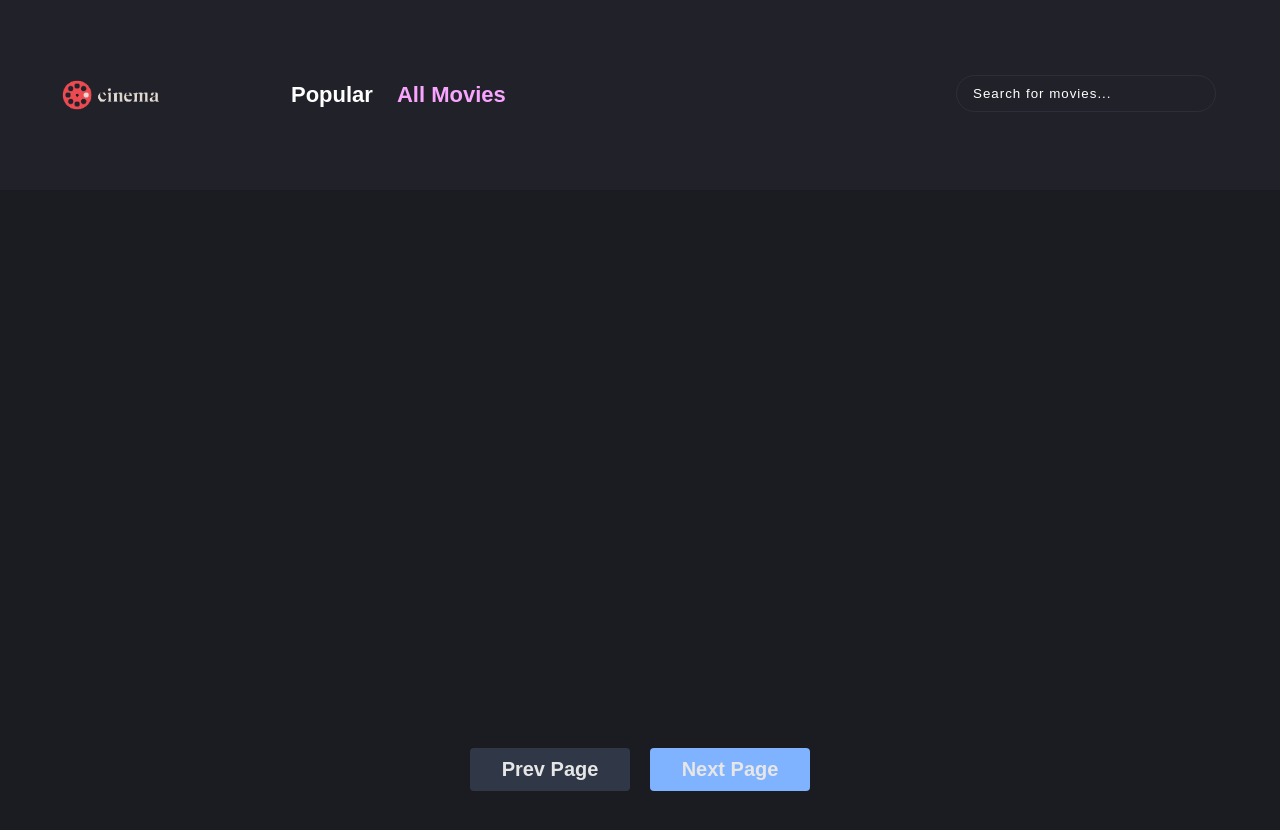
Repository: Datt21/movie-app
Page: /, after clicking the first element matching `div.hidden > :nth-child(2)`
An editor plug-in stored every save of this project. The page is shown before and after the next save, followed by the edit.
The browser window is 1280 px wide. The pictures show the whole page.
The page's requests for data from a server got no answer. The project was rebuilt for these pictures with package versions that can differ from the ones it lists, and the page was loaded fresh each time. No one was signed in, and anything a server would have sent is missing. Also part of the build but not shown: src/components/GlobalComponents/Loader.js.

Above is the page before, as saved 2021-09-09 00:24:04.

### src/App.js
import React from "react";
import { MovieState } from "./Context/MovieContext";
import Hero from "./components/Hero/Hero";
import "./App.css";

const App = () => {
  return (
    <MovieState>
      <Hero />
    </MovieState>
  );
};

export default App;

### src/Context/MovieContext.js
import React, { useState, createContext, useEffect } from "react";

export const MovieContext = createContext();

export const MovieState = ({ children }) => {

  const [hiddenMenu, setHiddenMenu] = useState(true);

  const [activeLink, setActiveLink] = useState("Popular");

  const [showPagination, setShowPagination] = useState(true);

  const [isLoading, setIsLoading] = useState(false);

  const [movies, setMovies] = useState([]);

  const [search, setSearch] = useState("");

  const [currentPage, setCurrentPage] = useState(1);

  const [popularMovies, setPopularMovies] = useState([]);

  const API_KEY = "9d4fbae6d45a1f406cc115a66a4de03d";

  const getMovies = async () => {
    const response = await fetch(
      `https://api.themoviedb.org/3/movie/popular?api_key=${API_KEY}&language=en-US&page=${currentPage}`
    );
    const data = await response.json();
    if (search.trim() === "") {
      setMovies(data);
    }
  };

  const handleSearch = async (e) => {
    e.preventDefault();
    if (search.trim() === "") {
      return;
    }
    const searchResponse = await fetch(
      `https://api.themoviedb.org/3/search/movie?api_key=${API_KEY}&language=en-US&query=${search}&page=${currentPage}`
    );
    const searchData = await searchResponse.json();
    setMovies(searchData);
    setShowPagination(false);
  };

  const newPage = (direction) => {
    if (direction === "next") {
      setCurrentPage(currentPage + 1);
      setIsLoading(true);
    } else if (direction === "previous" && currentPage !== 1) {
      setCurrentPage(currentPage - 1);
    }
  };

  const getPopularMovies = async () => {
    const popularMoviesResponse = await fetch(
      `https://api.themoviedb.org/3/movie/popular?api_key=${API_KEY}&language=en-US&page=3`
    );
    const popularMoviesData = await popularMoviesResponse.json();
    setPopularMovies(popularMoviesData);
  };

  useEffect(() => {
    getPopularMovies();
  }, []);

  useEffect(() => {
    if (search.trim() === "") {
      setShowPagination(true);
    }
    getMovies();
  }, [search, currentPage]);

  useEffect(() => {
    const loadingTimeout = setTimeout(() => {
      setIsLoading(false);
    }, 1000);
    return () => clearTimeout(loadingTimeout);
  }, [movies, currentPage]);

  return (
    <MovieContext.Provider
      value={{
        movies,
        setMovies,
        search,
        setSearch,
        activeLink,
        setActiveLink,
        handleSearch,
        currentPage,
        setCurrentPage,
        newPage,
        showPagination,
        setShowPagination,
        isLoading,
        setIsLoading,
        popularMovies,
        setPopularMovies,
        hiddenMenu,
        setHiddenMenu,
      }}
    >
      {children}
    </MovieContext.Provider>
  );
};

### src/components/Hero/Hero.js
/** @jsxImportSource @emotion/react */
import { css } from "@emotion/core";
import HeroNav from "./HeroNav/HeroNav";
import Output from "../Output/Output";

const Hero = () => {
  return (
    <section css={styles} className="hero">
      <HeroNav />
      <Output />
    </section>
  );
};

const styles = css`
  width: 100%;
  min-height: 100vh;
  background: #1b1c22;
`;

export default Hero;

### src/App.css
* {
  box-sizing: border-box;
  margin: 0;
  padding: 0;
  font-family: "Nunito", sans-serif;
}

### src/components/Hero/HeroNav/HeroNav.js
/** @jsxImportSource @emotion/react */
import { css } from "@emotion/core";
import { useContext } from "react";
import { MovieContext } from "../../../Context/MovieContext";
import Container from "../../GlobalComponents/Container";
import HeroNavLogo from "./HeroNavLogo";
import HeroNavMenu from "./HeroNavMenu";
import HeroNavSearch from "./HeroNavSearch";

const HeroNav = () => {
  const { hiddenMenu, setHiddenMenu } = useContext(MovieContext);

  return (
    <nav css={styles}>
      <Container>
        <div className="wrapper">
          <HeroNavLogo />
          <HeroNavMenu />
        </div>
        <HeroNavSearch />
        <i
          onClick={() => setHiddenMenu(!hiddenMenu)}
          id="burgerMenu"
          className={hiddenMenu ? "fas fa-bars" : "fas fa-times"}
        ></i>
      </Container>
    </nav>
  );
};

const styles = css`
  width: 100%;
  min-height: 80px;
  padding: 20px 0;
  background: #212229;
  .container {
    display: flex;
    align-items: center;
    justify-content: space-between;
    .wrapper {
      display: flex;
      align-items: center;
    }
    #burgerMenu {
      color: #f9a5ff;
      cursor: pointer;
      display: none;
    }
  }
  @media (max-width: 860px) {
    .container {
      #burgerMenu {
        display: block;
      }
    }
  }
  @media (max-width: 1365px) {
    .container {
      max-width: 90%;
    }
  }
`;

export default HeroNav;

### src/components/Output/Output.js
/** @jsxImportSource @emotion/react */
import { css } from "@emotion/core";
import React, { useContext } from "react";
import { MovieContext } from "../../Context/MovieContext";
import Container from "../GlobalComponents/Container";
import Movies from "../Movies/Movies";
import MoviesPagination from "../Movies/MoviesPagination";
import Popular from "../Popular/Popular";

const Output = () => {
  const { activeLink } = useContext(MovieContext);

  return (
    <div css={styles} className="output">
      {activeLink === "All Movies" && (
        <Container>
          <React.Fragment>
            <Movies />
            <MoviesPagination />
          </React.Fragment>
        </Container>
      )}
      {activeLink === "Popular" && (
        <Container>
          <Popular />
        </Container>
      )}
    </div>
  );
};

const styles = css`
  width: 100%;
  min-height: calc(100vh - 80px);
  display: flex;
  > .container {
    display: flex;
    flex-direction: column;
    justify-content: space-evenly;
  }
  @media (max-width: 1365px) {
    > .container {
      max-width: 90%;
    }
  }
`;

export default Output;

### src/components/GlobalComponents/Container.js
/** @jsxImportSource @emotion/react */
import { css } from "@emotion/core";

const Container = ({ children }) => (
  <div css={styles} className="container">
    {children}
  </div>
);

const styles = css`
  width: 100%;
  max-width: 1300px;
  margin: 0 auto;
`;

export default Container;

### src/components/Hero/HeroNav/HeroNavLogo.js
/** @jsxImportSource @emotion/react */
import { css } from "@emotion/core";
import logo from "../../../Logo/logo.png";

const HeroNavLogo = () => <img css={styles} src ={logo} alt="logo" />;
 //<h2 css={styles}>MovieApp</h2>;

const styles = css`
  height: 150px;
  width: 200px;
  margin-left: -53px;
  object-fit: cover;

`;

export default HeroNavLogo;

### src/components/Hero/HeroNav/HeroNavMenu.js
/** @jsxImportSource @emotion/react */
import { css } from "@emotion/core";
import { useContext } from "react";
import { MovieContext } from "../../../Context/MovieContext";
import HeroNavLink from "./HeroNavLink";

const HeroNavMenu = () => {
  const { hiddenMenu } = useContext(MovieContext);

  return (
    <div css={styles} className={(hiddenMenu ? "hidden" : "") + " heroNavMenu"}>
      <HeroNavLink btnText="Popular" />
      <HeroNavLink btnText="All Movies" />
    </div>
  );
};

const styles = css`
  padding-left: 80px;
  @media (max-width: 860px) {
    position: absolute;
    top: 0;
    left: 0;
    opacity: 1;
    min-height: 0vh;
    background: rgba(0, 0, 0, 0.8);
    padding-left: 0;
    padding: 20px 50px;
    width: 100%;
    max-width: 340px;
    display: flex;
    flex-direction: column;
    align-items: flex-start;
    transition: all 800ms ease-in-out;
    &.hidden {
      left: -600px;
      opacity: 0;
    }
  }
`;

export default HeroNavMenu;

### src/components/Hero/HeroNav/HeroNavSearch.js
/** @jsxImportSource @emotion/react */
import { css } from "@emotion/core";
import { useContext } from "react";
import { MovieContext } from "../../../Context/MovieContext";

const HeroNavSearch = () => {
  const { search, setSearch, handleSearch, activeLink } = useContext(
    MovieContext
  );

  return (
    <form css={styles} onSubmit={handleSearch}>
      {activeLink !== "Popular" && (
        <input
          type="text"
          placeholder="Search for movies..."
          value={search}
          onChange={(e) => setSearch(e.target.value)}
        />
      )}
    </form>
  );
};

const styles = css`
  height: 40px;
  min-height: 40px;
  input {
    border: none;
    outline: none;
    border-radius: 50px;
    border: 1px solid #2c2f39;
    background: transparent;
    padding: 10px 16px;
    width: 260px;
    color: #fff;
    &::placeholder {
      color: #fff;
      letter-spacing: 1px;
    }
  }
  @media (max-width: 860px) {
    input {
      width: 220px;
    }
  }
`;

export default HeroNavSearch;

### src/components/Movies/Movies.js
/** @jsxImportSource @emotion/react */
import { css } from "@emotion/core";
import { useContext } from "react";
import { MovieContext } from "../../Context/MovieContext";
import Container from "../GlobalComponents/Container";
import Loader from "../GlobalComponents/Loader";

const Movies = () => {
  const { movies, isLoading } = useContext(MovieContext);

  return (
    <div css={styles} className="movies">
      <Container>
        {movies.results && movies.results.length === 0 && (
          <h1 className="error">Result not found</h1>
        )}
        {!isLoading ? (
          movies.results &&
          movies.results.map((movieItem, index) => (
            <img
              key={index}
              src={`https://image.tmdb.org/t/p/w400/${movieItem.poster_path}`}
              alt="poster"
            />
          ))
        ) : (
          <Loader />
        )}
      </Container>
    </div>
  );
};

const styles = css`
  width: 100%;
  .container {
    &:nth-child(1) {
      height: 68vh;
      overflow-y: scroll;
      display: flex;
      justify-content: space-between;
      flex-wrap: wrap;
      &::-webkit-scrollbar {
        width: 0;
      }
      .error {
        font-size: 38px;
        color: red;
        height: 32px;
      }
    }
    img {
      width: 100%;
      max-width: 240px;
      height: 360px;
      margin: 10px 0;
    }
  }
  @media (max-width: 600px) {
    .container {
      img {
        max-width: 100%;
        height: 500px;
      }
    }
  }
  @media (min-width: 601px) and (max-width: 854px) {
    .container {
      img {
        max-width: 48%;
      }
    }
  }
  @media (min-width: 855px) and (max-width: 1144px) {
    .container {
      img {
        max-width: 31%;
      }
    }
  }
  @media (min-width: 1145px) and (max-width: 1365px) {
    .container {
      img {
        max-width: 23.4%;
      }
    }
  }
`;

export default Movies;

### src/components/Movies/MoviesPagination.js
/** @jsxImportSource @emotion/react */
import { css } from "@emotion/core";
import React, { useContext } from "react";
import { MovieContext } from "../../Context/MovieContext";
import Container from "../GlobalComponents/Container";

const MoviesPagination = () => {
  const { newPage, currentPage, showPagination } = useContext(MovieContext);

  return (
    <div css={styles} className="moviesPagination">
      {showPagination && (
        <Container>
          <React.Fragment>
            <button
              style={{
                cursor: currentPage !== 1 ? "pointer" : "not-allowed",
                background: currentPage !== 1 ? "#80b3ff" : "#303847",
              }}
              onClick={() => newPage("previous")}
            >
              Prev Page
            </button>
            <button onClick={() => newPage("next")}>Next Page</button>
          </React.Fragment>
        </Container>
      )}
    </div>
  );
};

const styles = css`
  width: 100%;
  .container {
    &:nth-child(1) {
      height: 60px;
      display: flex;
      align-items: center;
      justify-content: center;
      button {
        border: none;
        outline: none;
        background: #80b3ff;
        color: #e6e6e6;
        font-size: 20px;
        font-weight: 600;
        border-radius: 4px;
        width: 160px;
        padding: 10px 0;
        cursor: pointer;
        user-select: none;
        margin: 0 10px;
        transition: background 500ms ease-in-out;
        &:hover {
          background: #4d94ff;
        }
      }
    }
  }
`;

export default MoviesPagination;

### src/components/Popular/Popular.js
/** @jsxImportSource @emotion/react */
import { css } from "@emotion/core";
import { useContext } from "react";
import { MovieContext } from "../../Context/MovieContext";
import Container from "../GlobalComponents/Container";

const PopularMovies = () => {
  const { popularMovies } = useContext(MovieContext);

  return (
    <div css={styles} className="popularMovies">
      <Container>
        {popularMovies.results &&
          popularMovies.results.map((popularMovieItem, index) => (
            <img
              key={index}
              src={`https://image.tmdb.org/t/p/w400/${popularMovieItem.poster_path}`}
              alt="poster"
            />
          ))}
      </Container>
    </div>
  );
};

const styles = css`
  width: 100%;
  .container {
    &:nth-child(1) {
      height: 81vh;
      overflow-y: scroll;
      display: flex;
      justify-content: space-between;
      flex-wrap: wrap;
      &::-webkit-scrollbar {
        width: 0;
      }
      .error {
        font-size: 38px;
        color: red;
        height: 32px;
      }
    }
    img {
      width: 100%;
      max-width: 240px;
      height: 360px;
      margin: 10px 0;
    }
  }
  @media (max-width: 600px) {
    .container {
      img {
        max-width: 100%;
        height: 500px;
      }
    }
  }
  @media (min-width: 601px) and (max-width: 854px) {
    .container {
      img {
        max-width: 48%;
      }
    }
  }
  @media (min-width: 855px) and (max-width: 1144px) {
    .container {
      img {
        max-width: 31%;
      }
    }
  }
  @media (min-width: 1145px) and (max-width: 1365px) {
    .container {
      img {
        max-width: 23.4%;
      }
    }
  }
`;

export default PopularMovies;

### src/components/Hero/HeroNav/HeroNavLink.js
/** @jsxImportSource @emotion/react */
import { css } from "@emotion/core";
import { useContext } from "react";
import { MovieContext } from "../../../Context/MovieContext";

const HeroNavLink = ({ btnText }) => {
  const { activeLink, setActiveLink, setHiddenMenu } = useContext(MovieContext);

  return (
    <button
      style={{ color: activeLink === btnText ? "#f9a5ff" : "#fff" }}
      css={styles}
      onClick={() => {
        setActiveLink(btnText);
        setHiddenMenu(true);
      }}
    >
      {btnText}
    </button>
  );
};

const styles = css`
  border: none;
  outline: none;
  background: transparent;
  font-size: 22px;
  margin-right: 24px;
  font-weight: 700;
  cursor: pointer;
  user-select: none;
  @media (max-width: 860px) {
    font-size: 40px;
  }
`;

export default HeroNavLink;

Loaded but not shown: public/index.html (common file); src/index.js (common file); src/index.css (common file); src/reportWebVitals.js (common file)

After the next save:
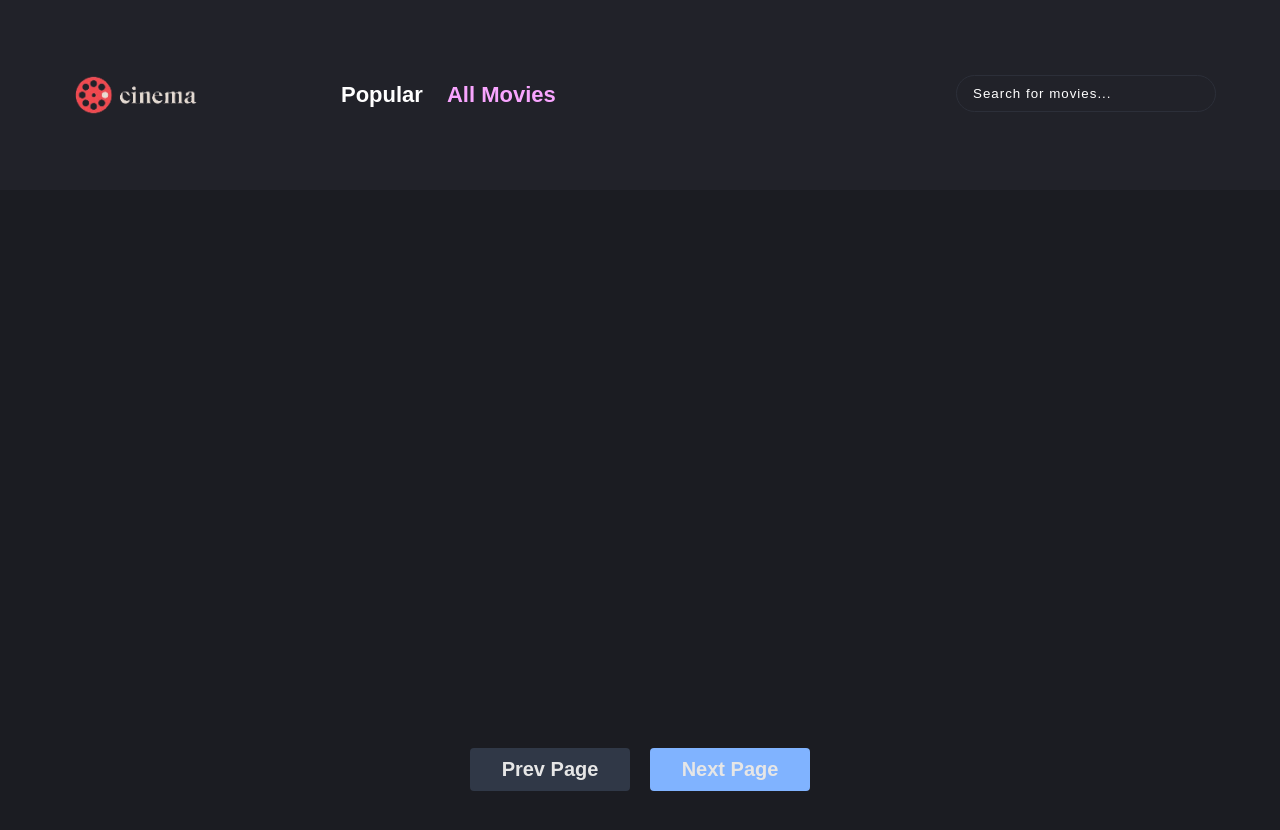
Saved 22 s later.
--- a/src/components/Hero/HeroNav/HeroNavLogo.js
+++ b/src/components/Hero/HeroNav/HeroNavLogo.js
@@ -7,7 +7,7 @@ const HeroNavLogo = () => <img css={styles} src ={logo} alt="logo" />;
 
 const styles = css`
   height: 150px;
-  width: 200px;
+  width: 250px;
   margin-left: -53px;
   object-fit: cover;
 
